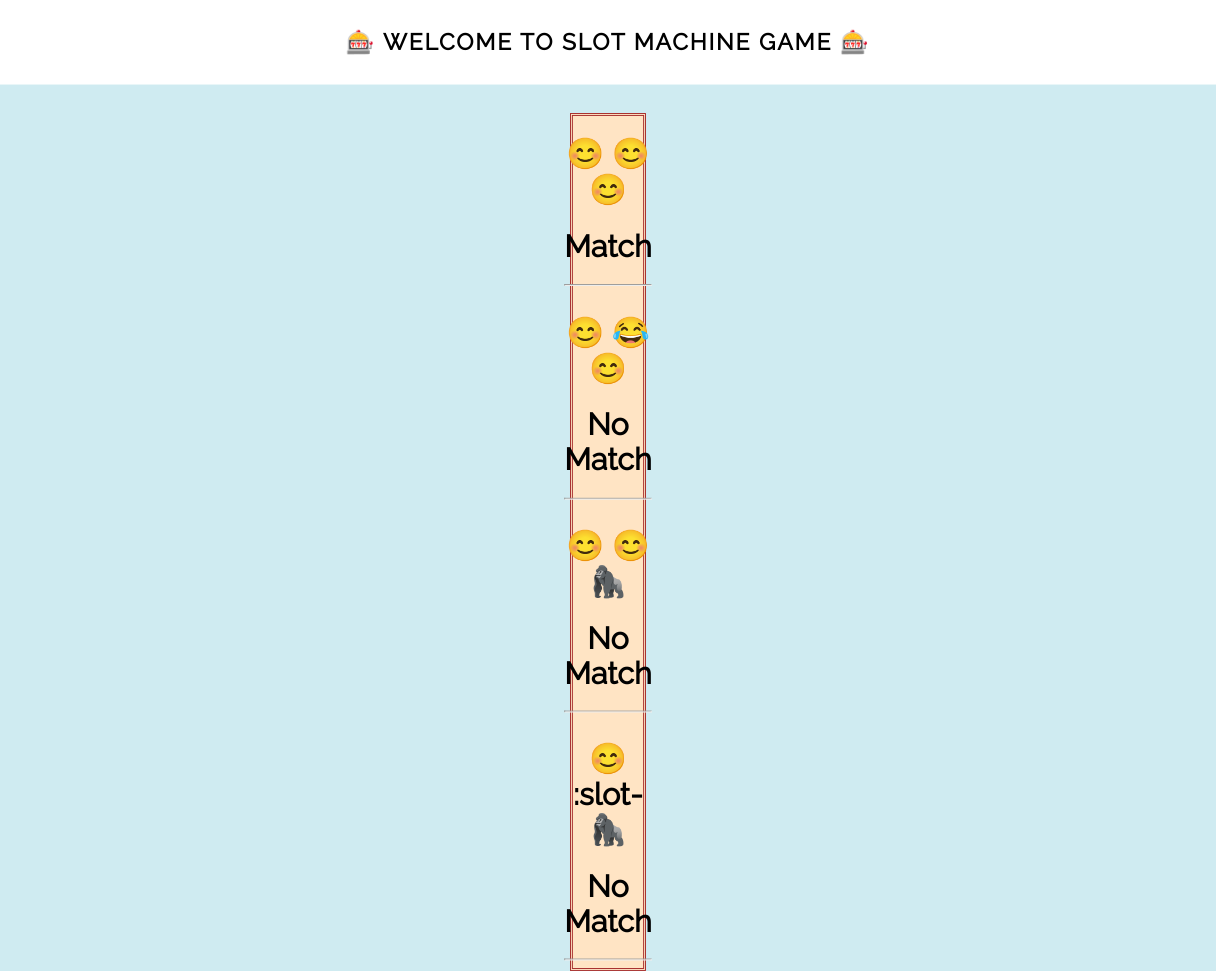
Repository: duggallakshya/slotMachineReact
Page: /
The author's editor kept a copy of each file at every save. The page is drawn from the files as they stood at one save, then again after a run of saves.
The browser window is 1280 px wide. The pictures show the whole page, at 95% of full size.
The project was rebuilt for these pictures with package versions that can differ from the ones it lists, and the page was loaded fresh each time.

Above is the page before, as saved 2022-03-23 18:43:22.

After the next 3 saves:
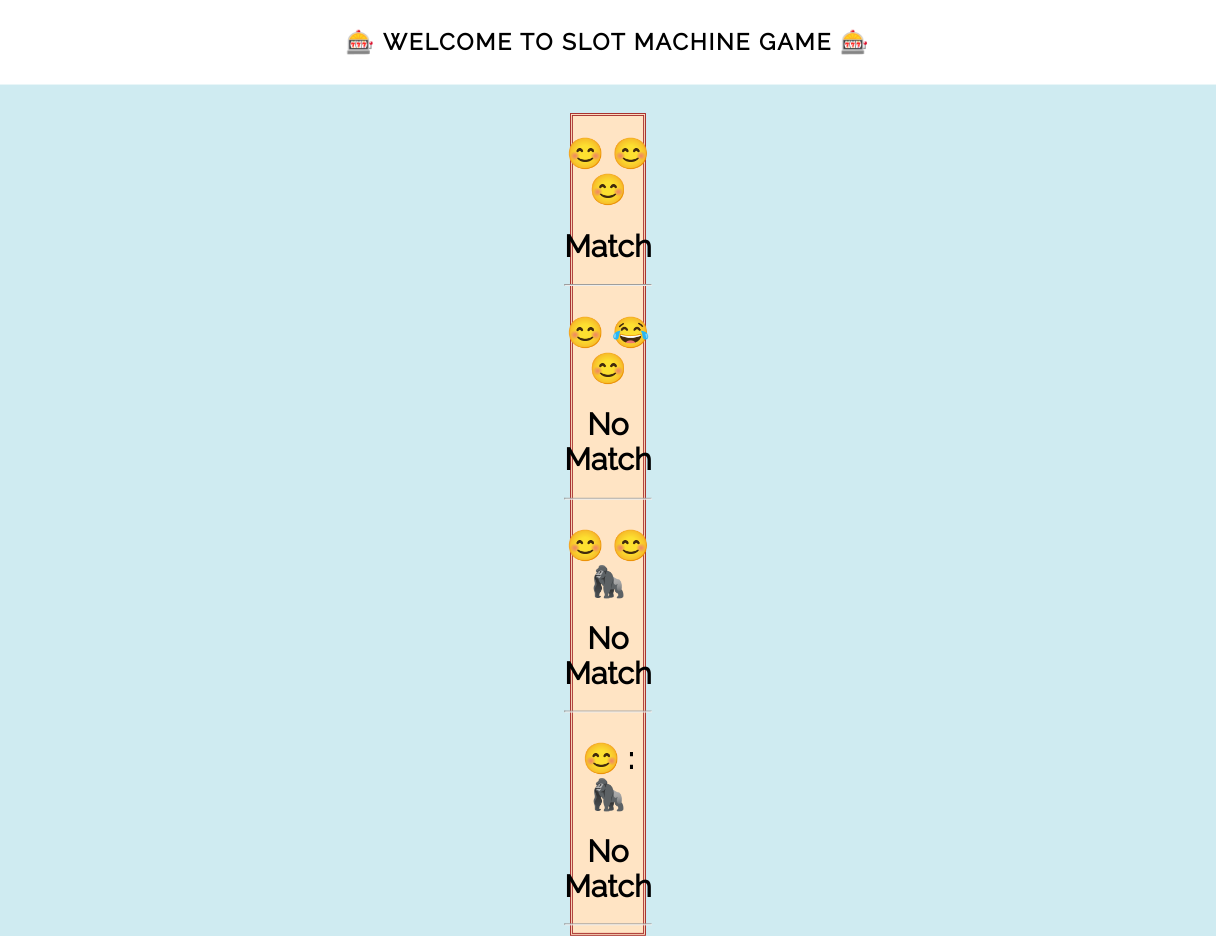
The 3 saves are shown as one change because they came seconds apart.
The last was saved 12 s later.
--- a/src/App.jsx
+++ b/src/App.jsx
@@ -9,7 +9,7 @@
                 <SlotMachine x ='😊' y ='😊' z ='😊'/>
                 <SlotMachine x ='😊' y ='😂' z ='😊'/>
                 <SlotMachine x ='😊' y ='😊' z ='🦍'/>
-                <SlotMachine x ='😊' y =':slot-' z ='🦍'/>
+                <SlotMachine x ='😊' y =":" z ='🦍'/>
             </div>
         </>
     )

After the 2 saves that followed:
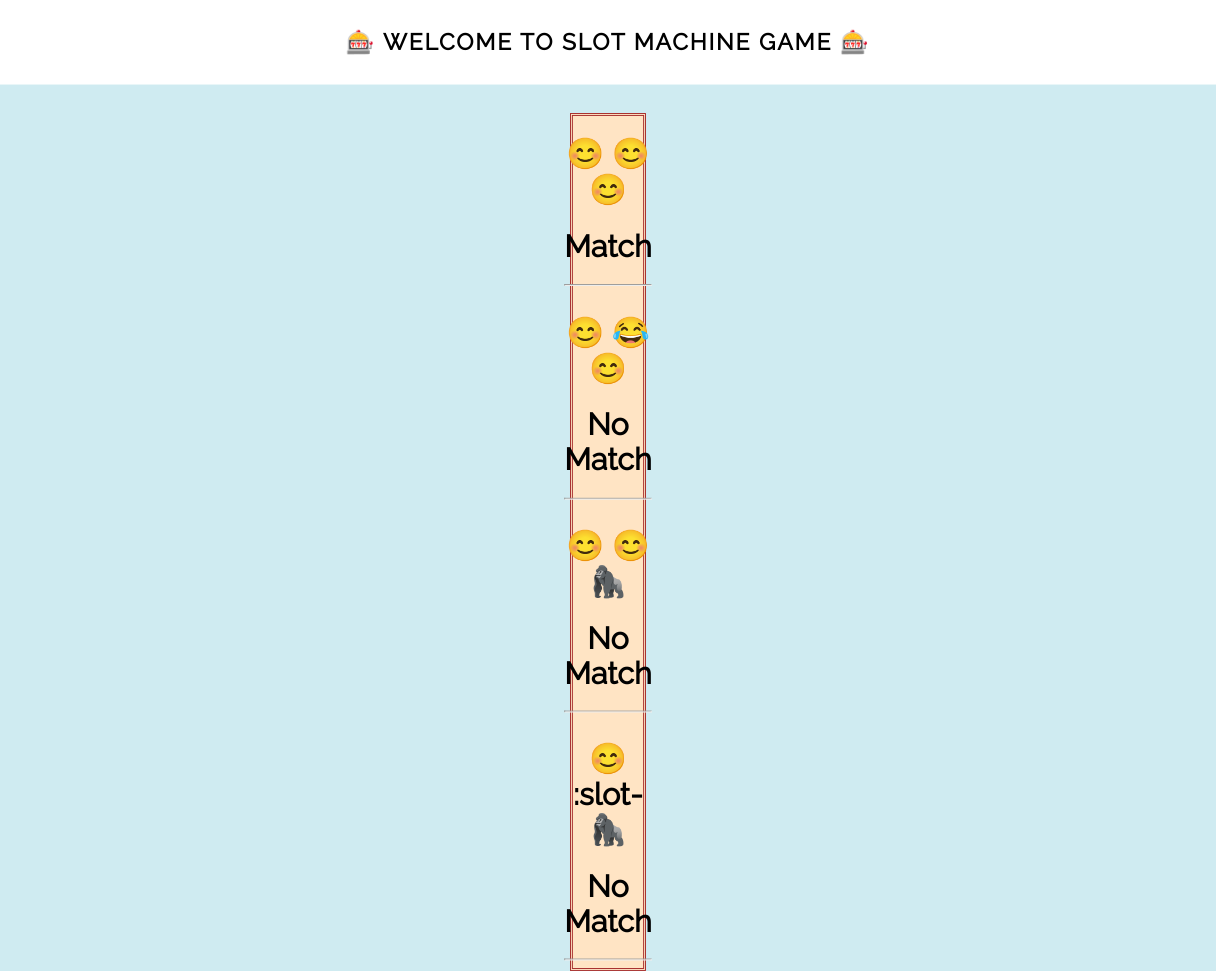
The 2 saves are shown as one change because they came seconds apart.
The last was saved 5 s later.
--- a/src/App.jsx
+++ b/src/App.jsx
@@ -9,7 +9,7 @@
                 <SlotMachine x ='😊' y ='😊' z ='😊'/>
                 <SlotMachine x ='😊' y ='😂' z ='😊'/>
                 <SlotMachine x ='😊' y ='😊' z ='🦍'/>
-                <SlotMachine x ='😊' y =":" z ='🦍'/>
+                <SlotMachine x ='😊' y =":slot-" z ='🦍'/>
             </div>
         </>
     )
